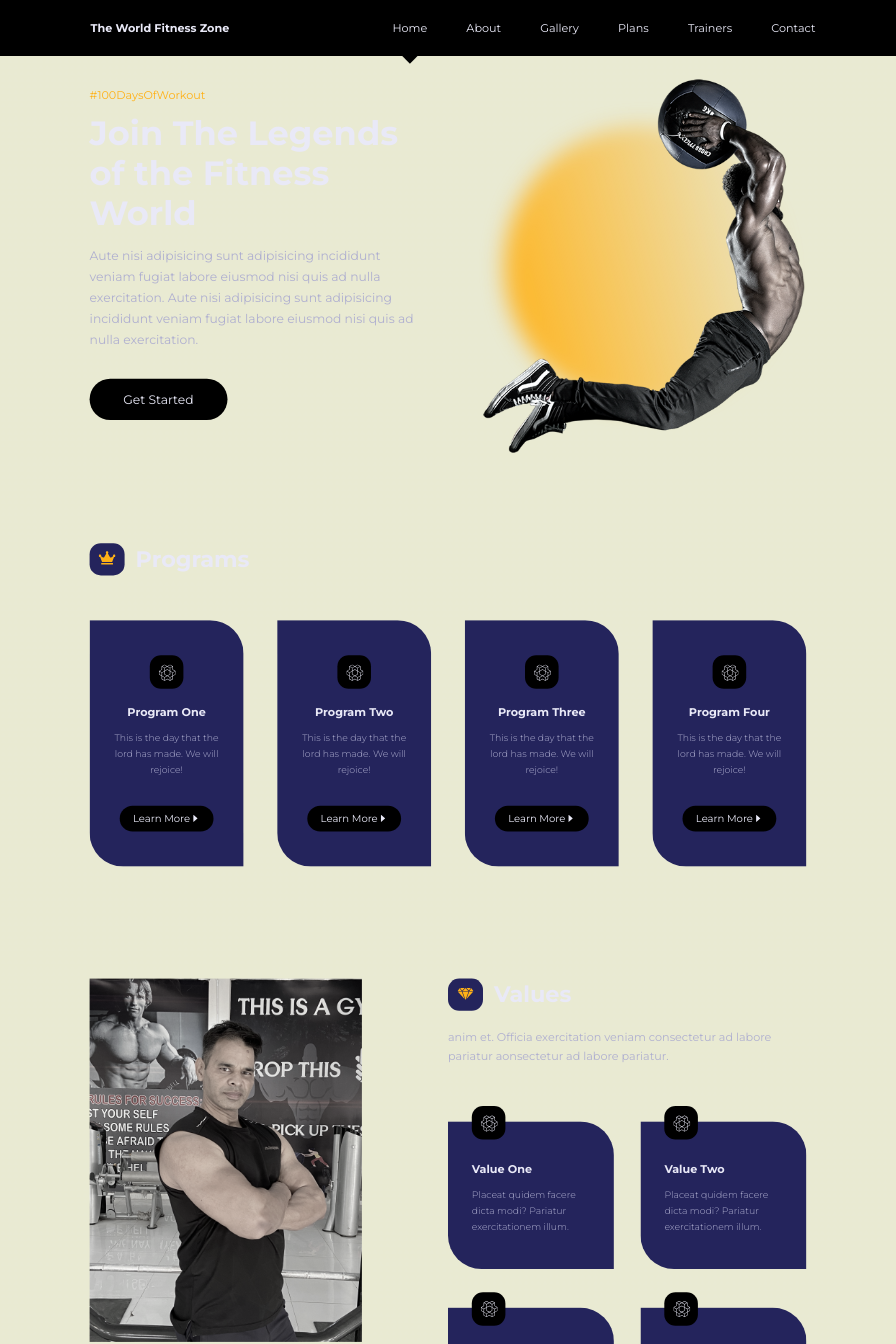
Repository: aryaMode/gym-portfolio
Page: /
An editor plug-in stored every save of this project. The page is shown before and after the next save, followed by the edit.
The browser window is 1280 px wide. The pictures show the part of the page from y = 0 to 1920 px (the page is 3946 px tall), at 70% of full size.
The project was rebuilt for these pictures with package versions that can differ from the ones it lists, and the page was loaded fresh each time. Also part of the build but not shown: src/pages/about/about.css, src/components/Header.jsx, src/pages/about/About.jsx, src/pages/contact/contact.css, src/pages/contact/Contact.jsx, src/pages/gallery/gallery.css, src/pages/gallery/Gallery.jsx, src/pages/notFound/notFound.css and 6 more.

Above is the page before, as saved 2023-07-20 16:46:01.

### public/index.html
<!DOCTYPE html>
<html lang="en">

<head>
    <meta charset="UTF-8">
    <meta http-equiv="X-UA-Compatible" content="IE=edge">
    <meta name="viewport" content="width=device-width, initial-scale=1.0">
    <title>Portfolio Website</title>
    <!-- GOOGLE FONTS (montserrat) -->
    <link href="https://fonts.googleapis.com/css2?family=Montserrat:wght@300;400;500;600;700&display=swap"
        rel="stylesheet">
</head>

<body>
    <div id="root"></div>
</body>

</html>

### src/App.jsx
// rafce -> shortcut to create component and export
import { BrowserRouter, Routes, Route } from "react-router-dom";
import React from "react";
import Home from "./pages/home/Home";
import About from "./pages/about/About";
import Contact from "./pages/contact/Contact";
import Gallery from "./pages/gallery/Gallery";
import NotFound from "./pages/notFound/NotFound";
import Plans from "./pages/plans/Plans";
import Trainers from "./pages/trainers/Trainers";
import Navbar from "./components/Navbar";
import Footer from "./components/Footer";

const App = () => {
	return (
		<BrowserRouter>
			<Navbar />
			<Routes>
				<Route index element={<Home />} />
				<Route path="about" element={<About />} />
				<Route path="contact" element={<Contact />} />
				<Route path="gallery" element={<Gallery />} />
				<Route path="plans" element={<Plans />} />
				<Route path="trainers" element={<Trainers />} />
				<Route path="*" element={<NotFound />} />
			</Routes>
			<Footer />
		</BrowserRouter>
	);
};

export default App;

### src/index.css
 *, *::before, *::after{
    margin: 0;
    padding: 0;
    border: 0;
    outline: 0;
    list-style: none;
    text-decoration: none;
    box-sizing: border-box;
 }

 /* CSS Global variable starts with :root {...} check w3school docs for more  info */
 :root{
    --primary-hue: 210;
    --gray-hue: 240;
    /* hsl (hue, saturation, lightness) */
    --color-primary: black;
    --color-primary-variant: hsl(var(--primary-hue), 100%, 65%);
    --color-secondary: #ffb116;
    --color-gray-100: hsl(var(--gray-hue), 47%, 94%); /*almost white colour lightness is almost 100%*/
    --color-gray-200: hsl(var(--gray-hue), 26%, 75%);
    --color-gray-300: hsl(var(--gray-hue), 24%, 64%);
    --color-gray-400: hsl(var(--gray-hue), 16%, 41%);
    --color-gray-500: hsl(var(--gray-hue), 44%, 25%);
    --color-gray-600: hsl(var(--gray-hue), 48%, 15%);

    --container-width-lg: 80%;
    --container-width-md: 90%;

    --transition: all 500ms ease; /* make sure all transition have a constant effect*/
 }

  /******************** GENERAL STYLES ********************/
  body{
    font-family: "Montserrat", sans-serif;
    color: var(--color-gray-200);
    line-height: 1.7;
    overflow-x: hidden;
    background: rgb(233, 234, 210) url(./images/bg_texture.png);
  }

  .container{
    width: var(--container-width-lg);
    max-width: 1920px;
    margin-inline: auto;
  }

  h1, h2, h3, h4, h5 {
    line-height: 1.2;
    color: var(--color-gray-100);
  }

  h1 {
    font-size: 3rem;
  }

  h2 {
    font-size: 2rem ;
  }

  a {
    color: var(--color-gray-100);
  }

  img{
    display: block;
    object-fit: cover;
    width: 100%;
}

.btn {
    color: var(--color-gray-100);
    width: fit-content;
    margin: 0 auto;
    padding: 0.9rem 2rem;
    background: var(--color-primary);
    border-radius: 1.5rem;
    transition: var(--transition);
}

.btn:hover {
    background: var(--color-secondary);
    color: var(--color-gray-600);
}

.btn.lg {
    padding: 1.2rem 3rem;
    border-radius: 2rem;
    font-size: 1.1rem;
}

.btn.sm {
    padding: 0.4rem 1.2rem;
    font-size: 0.9rem;
}

.btn.sm:hover {
    background: var(--color-gray-100);
}

/******************** SECTION REUSABLE STYLES ********************/
section {
    margin-top: 10rem;
}

.section__head {
    display: flex;
    align-items: center;
    gap: 1rem;
}

.section__head span {
    background: var(--color-gray-500);
    padding: 0.3rem 0.8rem 0;
    border-radius: 1rem;
    color: var(--color-secondary);
    font-size: 1.5rem;
}

.card {
    background: var(--color-gray-500);
    border: 2px solid transparent;
    text-align: center;
    padding: 3rem 2rem;
    border-radius: 0 3rem 0 3rem;
    transition: var(--transition);
}

.card:hover {
    background: transparent;
    border-color: var(--color-gray-400);
    cursor: default;
}

.card span {
    width: 3rem;
    height: 3rem;
    background: var(--color-primary);
    color: var(--color-gray-100);
    font-size: 1.5rem;
    padding: 0.8rem;
    display: grid;
    place-items: center;
    margin-bottom: 1.5rem;
    margin-inline: auto;
    border-radius: 1rem;
    transition: var(--transition);
}

.card:hover span {
    background: var(--color-secondary);
    color: var(--color-gray-500)
}

.card small {
    margin-top: 1rem;
    display: block;
    font-weight: 300;
}

.header {
    margin-top: 5rem;
    height: 20rem;
    overflow: hidden;
    border-bottom: 2px solid var(--color-gray-400);
}

.header__container {
    width: 100%;
    height: 100%;
    position: relative;
    display: grid;
    place-items: center;
    background: #0000;
}

.header__container-lg {
    position: absolute;
    width: 100%;
}

.header__container-lg img {
    opacity: 0.5;
}

.header__content {
    position: relative;
    width: 44%;
    margin: 0 auto;
    text-align: center;
    color: var(--color-gray-100);
}

.header__content h2 {
    margin-bottom: 1rem;
}

.header__content p {
    color: rgba(255, 255, 255, 0.7, green, blue, alpha);
}






/******************** MEADIA QUERIES (medium screens) ********************/
@media screen and (max-width: 1024px) {
    .container {
        width: var(--container-width-md);
    }

    h1 {
        font-size: 2rem;
    }

    h2 {
        font-size: 1.6rem;
    }

    .header__content {
        width: 76%;
    }
}

/******************** MEADIA QUERIES (small screens) ********************/
@media screen and (max-width: 600px) {
    h1 {
        font-size: 2.2rem;
        line-height: 1.3;
    }

    section {
        margin-top: 7rem;
    }

    .header {
        height: fit-content;
    }

    .header__content {
        width: var(--container-width-md);
        padding: 3rem 0;
    }

    .header__content p {
        font-size: 0.85rem;
    }
}

### src/pages/home/Home.jsx
import React from "react";
import "./home.css";
import MainHeader from "../../components/MainHeader";
import Program from "../../components/Program";
import Values from "../../components/Values";
import FAQs from "../../components/FAQs";
import Testimonial from "../../components/Testimonial";
// import Footer from "../../components/Footer";

const Home = () => {
	return (
		<>
			<MainHeader />
			<Program />
			<Values />
			<FAQs />
			<Testimonial />
			{/* <Footer /> comment this out so footer wount be double */}
		</>
	);
};

export default Home;

### src/components/Navbar.jsx
import { useState } from "react";
import {logoName} from "../data";
import { Link, NavLink } from "react-router-dom";
// NavLink comes with an isactive prop which we can use to detect which page we on
// so we can have a special style for that link
import React from "react";
import Logo from "../images/logo.png";
import { links } from "../data";
import { GoThreeBars } from "react-icons/go";
import { MdOutlineClose } from "react-icons/md";
import "./navbar.css";

const Navbar = () => {
	const [isNavShowing, setIsNavShowing] = useState(false);

	const handleNavToggle = () => {
		return setIsNavShowing((prevVAlue) => {
			return !prevVAlue;
		});
	};

	return (
		<nav>
			<div className="container nav__container">
				<Link to="/" className="logo" onClick={handleNavToggle}>
					{/* <img src={Logo} alt="Nav-logo" /> */}
					<div>{logoName}</div>
				</Link>
				<ul
					className={`nav__links ${isNavShowing ? "show__nav" : "hide__nav"}`}
				>
					{/* Destructure the links array of object from the links to get each item */}
					{links.map(({ name, path }, index) => {
						return (
							<li key={index}>
								<NavLink
									to={path}
									className={({ isActive }) => (isActive ? "active-nav" : "")}
									onClick={handleNavToggle}
								>
									{name}
								</NavLink>
							</li>
						);
					})}
				</ul>
				<button onClick={handleNavToggle} className="nav__toggle-btn">
					{isNavShowing ? <MdOutlineClose /> : <GoThreeBars />}
				</button>
			</div>
		</nav>
	);
};

export default Navbar;

// export PATH=$PATH:/home/daveworld/bin

### src/components/Footer.jsx
import React from "react";
import { Link } from "react-router-dom";
import {logoName} from "../data";
import Logo from "../images/logo.png";
import { FaLinkedin } from "react-icons/fa";
import { FaFacebookF } from "react-icons/fa";
import { AiOutlineTwitter } from "react-icons/ai";
import { AiFillInstagram } from "react-icons/ai";

const Footer = () => {
	return (
		<footer>
			<div className="container footer__container">
				<article>
					<Link to="/" className="logo">
						{/* <img src={Logo} alt="Footer Logo" /> */}
					{logoName}
					</Link>
					<p>
						Consectetur non nostrud enim nostrud est culpa ullamco incididunt
						nisi. Consectetur non nostrud enim nostrud est culpa ullamco
						incididunt nisi.
					</p>
					<div className="footer__socials">
						<a
							href="https://www.linkedin.com/in/eniola-ademola-7386161a7/"
							target="_blank"
							rel="noreferrer noopener"
						>
							<FaLinkedin />
						</a>
						<a
							href="https://facebook.com/"
							target="_blank"
							rel="noreferrer noopener"
						>
							<FaFacebookF />
						</a>
						<a
							href="https://twitter.com/_daveworld"
							target="_blank"
							rel="noreferrer noopener"
						>
							<AiOutlineTwitter />
						</a>
						<a
							href="https://instagram.com/_daveworld"
							target="_blank"
							rel="noreferrer noopener"
						>
							<AiFillInstagram />
						</a>
					</div>
				</article>
				<article>
					<h4>Permalinks</h4>
					<Link to="/about">About</Link>
					<Link to="/plans">Plans</Link>
					<Link to="/trainers">Trainers</Link>
					<Link to="/gallery">Gallery</Link>
					<Link to="/contact">Contact</Link>
				</article>
				<article>
					<h4>Insights</h4>
					<Link to="/s">Blog</Link>
					<Link to="/s">Case Studies</Link>
					<Link to="/s">Events</Link>
					<Link to="/s">Communities</Link>
					<Link to="/constact">FAQs</Link>
				</article>
				<article>
					<h4>Get In Touch</h4>
					<Link to="/contact">Plans</Link>
					<Link to="/s">Trainers</Link>
				</article>
			</div>
			<div className="footer__copyright">
				<small> &copy; Eniola Ademola </small>
			</div>
		</footer>
	);
};

export default Footer;

### src/components/MainHeader.jsx
import React from "react";
import { Link } from "react-router-dom";
import Image from "../images/main_header.png";

const MainHeader = () => {
	return (
		<header className="main__header">
			<div className="container main__header-container">
				<div className="main__header-left">
					<h4>#100DaysOfWorkout</h4>
					<h1>Join The Legends of the Fitness World</h1>
					<p>
						Aute nisi adipisicing sunt adipisicing incididunt veniam fugiat
						labore eiusmod nisi quis ad nulla exercitation. Aute nisi
						adipisicing sunt adipisicing incididunt veniam fugiat labore eiusmod
						nisi quis ad nulla exercitation.
					</p>
					<Link to="/plans" className="btn lg">
						Get Started
					</Link>
				</div>
				<div className="main__header-right">
					<div className="main__header-circle"></div>
					<div className="main__header-image">
						<img src={Image} alt="MainHeaderImage" />
					</div>
				</div>
			</div>
		</header>
	);
};

export default MainHeader;

### src/components/Program.jsx
import React from "react";
import { FaCrown } from "react-icons/fa";
import SectionHead from "./SectionHead";
import { programs } from "../data";
import Card from "../UI/Card";
import { Link } from "react-router-dom";
import { AiFillCaretRight } from "react-icons/ai";

const Program = () => {
	return (
		<section className="programs">
			<div className="container programs container">
				<SectionHead icon={<FaCrown />} title="Programs" />

				<div className="program__wrapper">
					{programs.map(({ id, icon, title, info, path }) => {
						return (
							<Card className="programs__program" key={id}>
								<span>{icon}</span>
								<h4>{title}</h4>
								<small>{info}</small>
								<Link to={path} className="btn sm">
									Learn More <AiFillCaretRight />
								</Link>
							</Card>
						);
					})}
				</div>
			</div>
		</section>
	);
};

export default Program;

### src/components/Values.jsx
import React from "react";
import Image from "../images/values.jpg";
import SectionHead from "./SectionHead";
import { GiCutDiamond } from "react-icons/gi";
import { values } from "../data";
import Card from "../UI/Card";

const Values = () => {
	return (
		<section className="values">
			<div className="container values__container">
				<div className="values__left">
					<div className="values__image">
						<img src={Image} alt="values Image" />
					</div>
				</div>
				<div className="values__right">
					<SectionHead icon={<GiCutDiamond />} title="Values" />
					<p>
						anim et. Officia exercitation veniam consectetur ad labore pariatur
						aonsectetur ad labore pariatur.
					</p>
					<div className="values__wrapper">
						{values.map(({ id, icon, title, desc }) => {
							return (
								<Card className="values__value" key={id}>
									<span>{icon}</span>
									<h4>{title}</h4>
									<small>{desc}</small>
								</Card>
							);
						})}
					</div>
				</div>
			</div>
		</section>
	);
};

export default Values;

### src/components/FAQs.jsx
import React from "react";
import { FaQuestion } from "react-icons/fa";
import { faqs } from "../data";
import FAQ from "./FAQ";
import SectionHead from "./SectionHead";
const FAQs = () => {
	return (
		<section className="faqs">
			<div className="container faqs__container">
				<SectionHead icon={<FaQuestion />} title="FAQs" />
				<div className="faqs__wrapper">
					{faqs.map(({ id, question, answer }) => {
						return <FAQ key={id} question={question} answer={answer} />;
					})}
				</div>
			</div>
		</section>
	);
};

export default FAQs;

### src/components/Testimonial.jsx
import React, { useState } from "react";
import SectionHead from "./SectionHead";
import { ImQuotesLeft } from "react-icons/im";
import Card from "../UI/Card";
import {
	IoIosArrowDropleftCircle,
	IoIosArrowDroprightCircle,
} from "react-icons/io";
import { testimonials } from "../data";

const Testimonial = () => {
	const [index, setIndex] = useState(0);
	const { name, quote, job, avatar } = testimonials[index];

	const handlePreviousTestimonial = () => {
		setIndex((prevValue) => {
			return prevValue - 1;
		});
		if (index <= 0) {
			setIndex(testimonials.length - 1);
		}
	};
	const handleAfterTestimonial = () => {
		setIndex((prevValue) => {
			return prevValue + 1;
		});
		if (index >= testimonials.length - 1) {
			setIndex(0);
		}
	};

	return (
		<section className="testimonials">
			<div className="container testimonial__container">
				<SectionHead
					icon={<ImQuotesLeft />}
					title="Testimonials"
					className="testimonials__head"
				/>
				<Card className="testimonial">
					<div className="testimonial__avatar">
						<img src={avatar} alt={name} />
					</div>
					<p className="testimonial__quote">{`"${quote}"`}</p>
					<h5>{name}</h5>
					<small className="testimonial__title">{job}</small>
				</Card>
				<div className="testimonial__btn-container">
					<button
						className="testimonials__btn"
						onClick={handlePreviousTestimonial}
					>
						<IoIosArrowDropleftCircle />
					</button>
					<button
						className="testimonials__btn"
						onClick={handleAfterTestimonial}
					>
						<IoIosArrowDroprightCircle />
					</button>
				</div>
			</div>
		</section>
	);
};

export default Testimonial;

### src/UI/Card.jsx
import React from "react";

const Card = ({ className, children }) => {
	return <article className={`card ${className}`}>{children}</article>;
};

export default Card;

### src/components/navbar.css
nav{
    height: 5rem;
    width: 100vw; /*100% of the window/browser*/
    background: var(--color-primary);
    display: grid;
    place-items: center;
    position: fixed; /*commnt this to see hiden layers*/
    top: 0;
    left: 0;
    z-index: 99; /* makes sure it sit on all items*/
}

/* Only show on medium and small screens */
.nav__toggle-btn {
    display: none;
}

.nav__container {
    height: 100%;

    display: flex;
    justify-content: space-between;
    align-items: center;
    position: relative;
}

.logo{
    width: 50vw;
    font-size: 1rem;
    font-weight: bold;
    margin-right: 50px;
    display: flex;
}

.nav__links{
    display: flex;
    gap: 3.5rem;
    align-items: center;
}

.nav__links a {
    transition: var(--transition);
}

.nav__links a:hover {
    color: var(--color-secondary);
}

.active-nav {
    position: relative;
}

.active-nav::after{
    content: "";
    display: block;
    width: 1.2rem;
    height: 1.2rem;
    background-color: var(--color-primary);
    position: absolute;
    left: calc(50% - 0.6rem);
    transform: rotate(45deg);
    margin-top: 0.9rem;
}

 /******************** MEDIA QUERIES (mesium and small screens) ********************/
 @media screen and (max-width: 1024px) {
    .nav__toggle-btn {
        display: inline-block;
        background: transparent;
        font-size: 1.8rem;
        cursor: pointer;
    }

    .nav__toggle-btn svg{
        color: var(--color-gray-100);
    }

    .nav__links {
        position: absolute;
        top: 100%;
        right: 0;
        flex-direction: column;
        gap: 0;
        perspective: 400px;
    }

    .active-nav {
        display: none;
    }

    .active-nav, .active-nav::after{
        display: none;
    }

    .nav__links li {
        height: 4rem;
        width: 100%;
        box-shadow: -2rem 2rem 5rem rgba(0, 0, 0, 0.5);
        animation: navAnimation 600ms ease forwards;
        transform: rotateX(90deg);
        opacity: 0;
        transform-origin: top;
    }

    .nav__links li:nth-child(2) {
        animation-delay: 200ms;
    }
    .nav__links li:nth-child(3) {
        animation-delay: 400ms;
    }
    .nav__links li:nth-child(4) {
        animation-delay: 600ms;
    }
    .nav__links li:nth-child(5) {
        animation-delay: 800ms;
    }
    .nav__links li:nth-child(6) {
        animation-delay: 1s;
    }
    .nav__links li:nth-child(7) {
        animation-delay: 1.2s;
    }

    @keyframes navAnimation {
        to {
            transform: rotateX(0);
            opacity: 1;
        }
    }

    .nav__links li a {
        background-color: var(--color-primary);
        height: 100%;
        width: 100%;
        display: flex;
        align-items: center;
        padding: 1rem 5rem 1rem 3rem;
    }

    .show__nav {
        display: flex;
    }

    .hide__nav {
        display: none;
    }

 }

### src/components/SectionHead.jsx
import React from "react";

// A reuseable component for each section name
const SectionHead = ({ icon, title, className }) => {
	return (
		<div className={`section__head ${className}`}>
			<span>{icon}</span>
			<h2>{title}</h2>
		</div>
	);
};

export default SectionHead;

### src/components/FAQ.jsx
import React, { useState } from "react";
import { AiOutlinePlus } from "react-icons/ai";
import { AiOutlineMinus } from "react-icons/ai";

const FAQ = ({ question, answer }) => {
	const [isAnswerShowing, setIsAnswerShowing] = useState(false);

	const handleFAQ = () => {
		return setIsAnswerShowing((prevValue) => {
			return !prevValue;
		});
	};

	return (
		<article className="faq" onClick={handleFAQ}>
			<div>
				<h4>{question}</h4>
				<button className="faq__icon">
					{isAnswerShowing ? <AiOutlineMinus /> : <AiOutlinePlus />}
				</button>
			</div>
			{isAnswerShowing && <p>{answer}</p>}
		</article>
	);
};

export default FAQ;

Loaded but not shown: src/index.js (common file); src/data.js (320 lines, source omitted); src/pages/home/home.css (412 lines, source omitted)

After the next save:
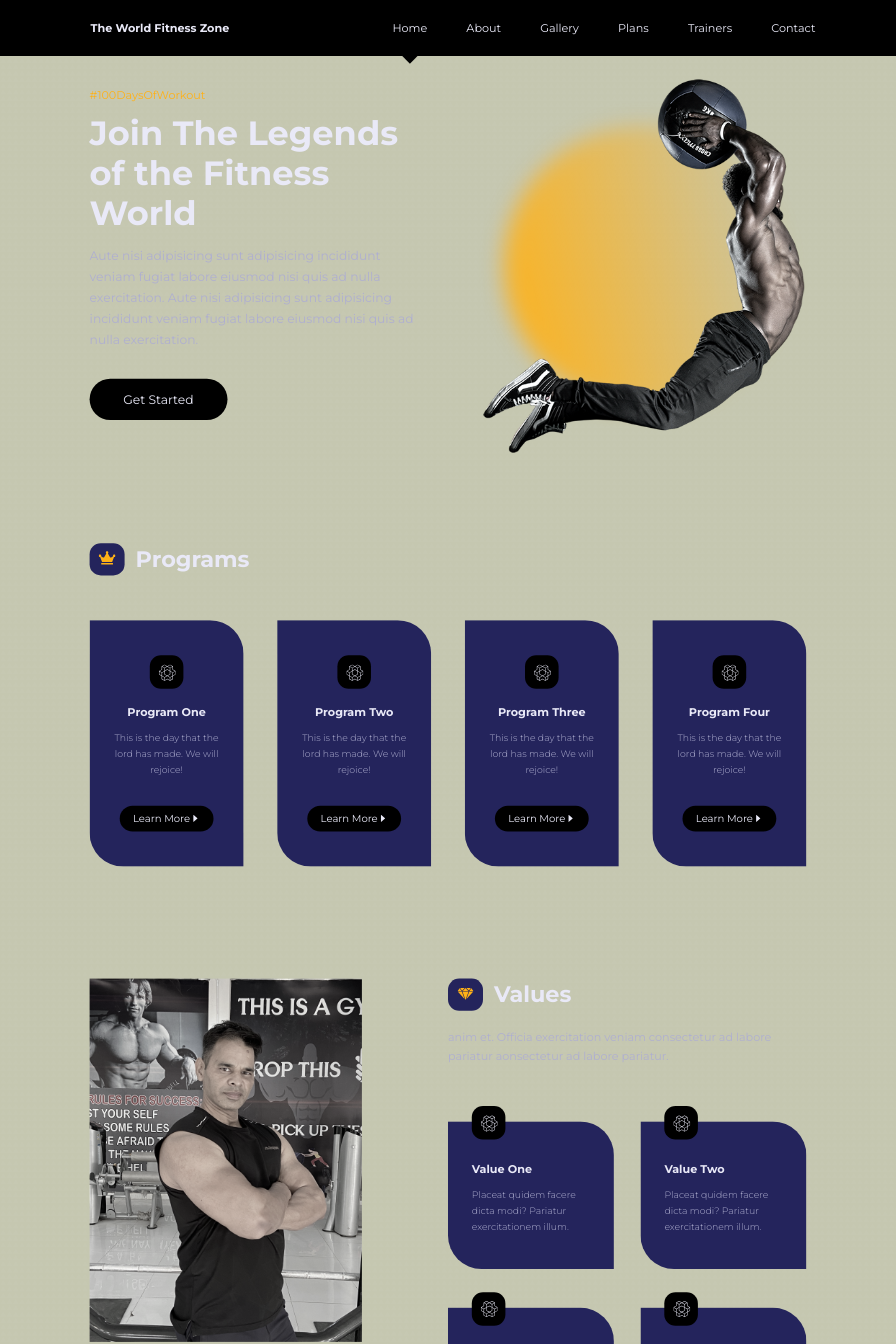
Saved 4 s later.
--- a/src/index.css
+++ b/src/index.css
@@ -35,7 +35,7 @@
     color: var(--color-gray-200);
     line-height: 1.7;
     overflow-x: hidden;
-    background: rgb(233, 234, 210) url(./images/bg_texture.png);
+    background: rgb(197, 199, 176) url(./images/bg_texture.png);
   }
 
   .container{
